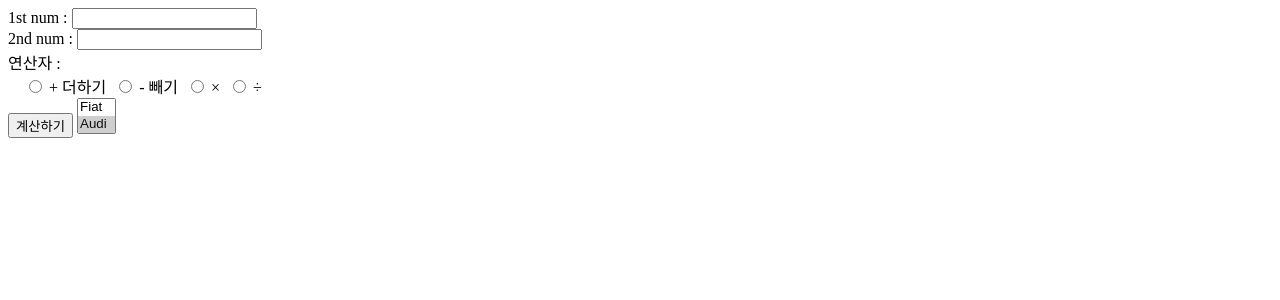
Repository: chuni90/bigdata
Page: http://localhost/tutorial_02/add_3.jsp
An editor plug-in stored every save of this project. The page is shown before and after the next save, followed by the edit.
The browser window is 1280 px wide. The pictures show the whole page.
The page is served by Tomcat 9.

Above is the page before, as saved 2019-09-23 07:54:31.

### 2. Java DB/Oracle/tutorial_02/WebContent/add_3.jsp
<%@ page language="java" contentType="text/html; charset=UTF-8"
    pageEncoding="UTF-8"%>


<!DOCTYPE html PUBLIC "-//W3C//DTD HTML 4.01 Transitional//EN" "http://www.w3.org/TR/html4/loose.dtd">
<html>
	<head>
		<meta http-equiv="Content-Type" content="text/html; charset=UTF-8">
		<title>Insert title here</title>
	</head>
	<body>
		<form action = "add_pro.jsp" method = "post"> <!-- method의 default는 get 방식이며, post로 할 경우 URL에서 쿼리가 안 보임-->
			1st num : <input name = "num1" type = "text"/><br>
			2nd num : <input name = "num2" type = "text"/><br>
			연산자 : <br>
			&nbsp;&nbsp;&nbsp;
			<input type = "radio" name = "op" value = "+"> + 더하기&nbsp;
			<input type = "radio" name = "op" value = "-"> - 빼기&nbsp;
			<input type = "radio" name = "op" value = "*"> ×&nbsp;
			<input type = "radio" name = "op" value = "/"> ÷&nbsp;<br>

			<input type = "submit" value = "계산하기"/>

			<select name="cars" size="2" multiple>  <!-- size는 처음에 보여줄 개수 -->
			    <option value="volvo">Volvo</option>
			    <option value="saab">Saab</option>
			    <option value="fiat">Fiat</option>
			    <option value="audi" selected>Audi</option>  <!-- selected는 초기 선택값 지정 -->
		  	</select>

		</form>

	</body>
</html>

After the next save:
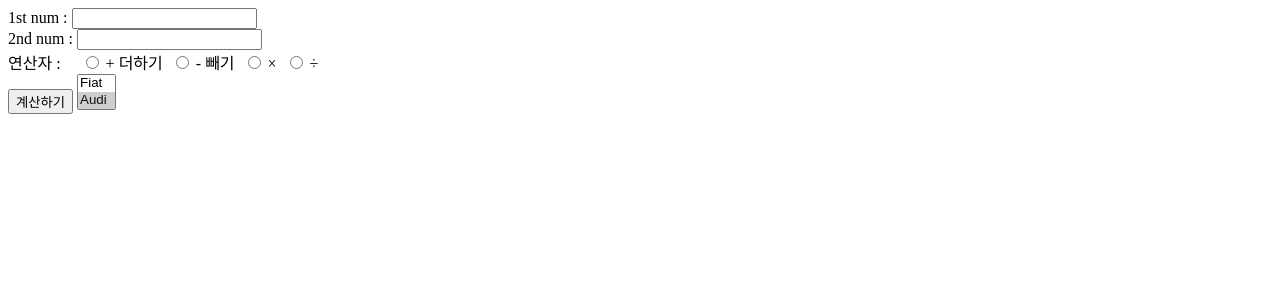
Saved 20 s later.
--- a/2. Java DB/Oracle/tutorial_02/WebContent/add_3.jsp
+++ b/2. Java DB/Oracle/tutorial_02/WebContent/add_3.jsp
@@ -12,8 +12,7 @@
 		<form action = "add_pro.jsp" method = "post"> <!-- method의 default는 get 방식이며, post로 할 경우 URL에서 쿼리가 안 보임-->
 			1st num : <input name = "num1" type = "text"/><br>
 			2nd num : <input name = "num2" type = "text"/><br>
-			연산자 : <br>
-			&nbsp;&nbsp;&nbsp;
+			연산자 : &nbsp;&nbsp;&nbsp;
 			<input type = "radio" name = "op" value = "+"> + 더하기&nbsp;
 			<input type = "radio" name = "op" value = "-"> - 빼기&nbsp;
 			<input type = "radio" name = "op" value = "*"> ×&nbsp;
